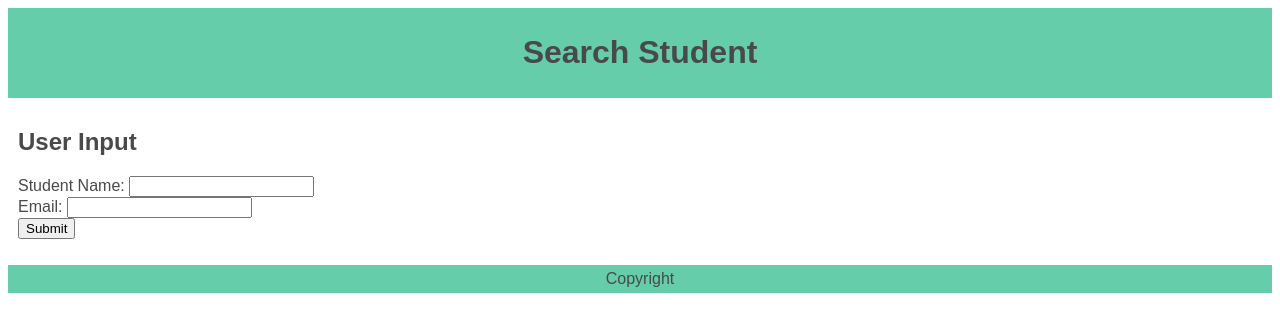
Repository: dreamxia329/TechExercise4830
Page: T3-0325-xia/T3-webProject-Xia/WebContent/search.html
An editor plug-in stored every save of this project. The page is shown before and after the next save, followed by the edit.
The browser window is 1280 px wide. The pictures show the whole page.

Above is the page before, as saved 2022-03-31 17:39:13.

After the next save:
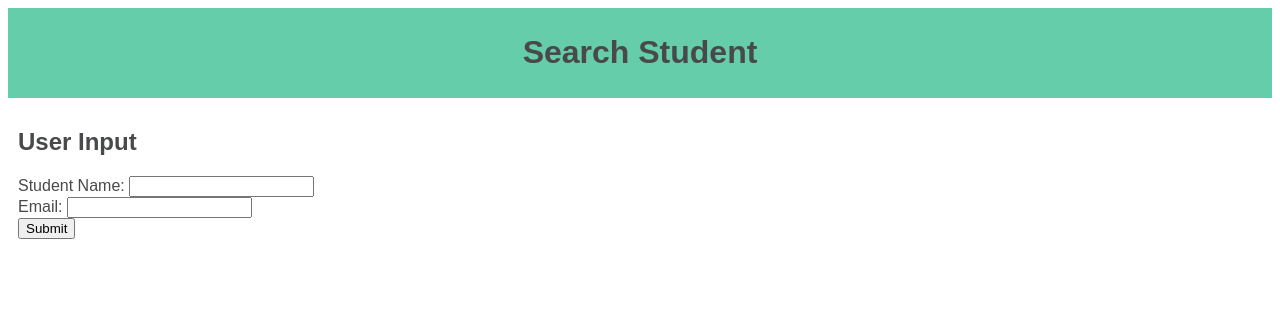
Saved 41 s later.
--- a/T3-0325-xia/T3-webProject-Xia/WebContent/search.html
+++ b/T3-0325-xia/T3-webProject-Xia/WebContent/search.html
@@ -56,10 +56,5 @@ footer {
 
 	</section>
 
-
-
-
-
-	<footer> Copyright </footer>
 </body>
 </html>
